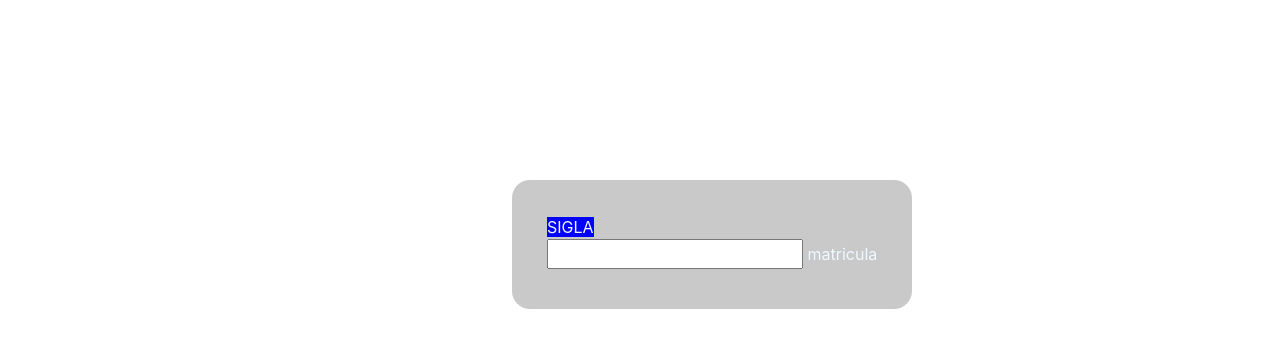
Repository: Melancia06/agenda
Page: index.html
An editor plug-in stored every save of this project. The page is shown before and after a run of saves, followed by the edit.
The browser window is 1280 px wide. The pictures show the whole page.
The pointer rests on the first visible `.marca-marca`.

Above is the page before, as saved 2024-08-08 09:25:10.

After the next 2 saves:
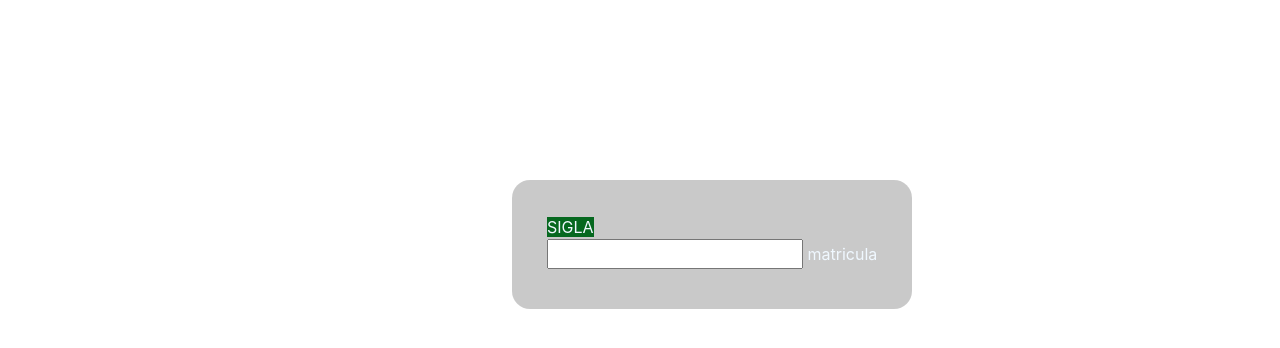
The 2 saves are shown as one change because they came seconds apart.
The last was saved 33 s later.
--- a/css/css.css
+++ b/css/css.css
@@ -8,5 +8,5 @@
     color: aliceblue;
 }
 .marca-marca:hover{
-    background-color:blue;
+    background-color:rgb(6, 104, 31);
 }
